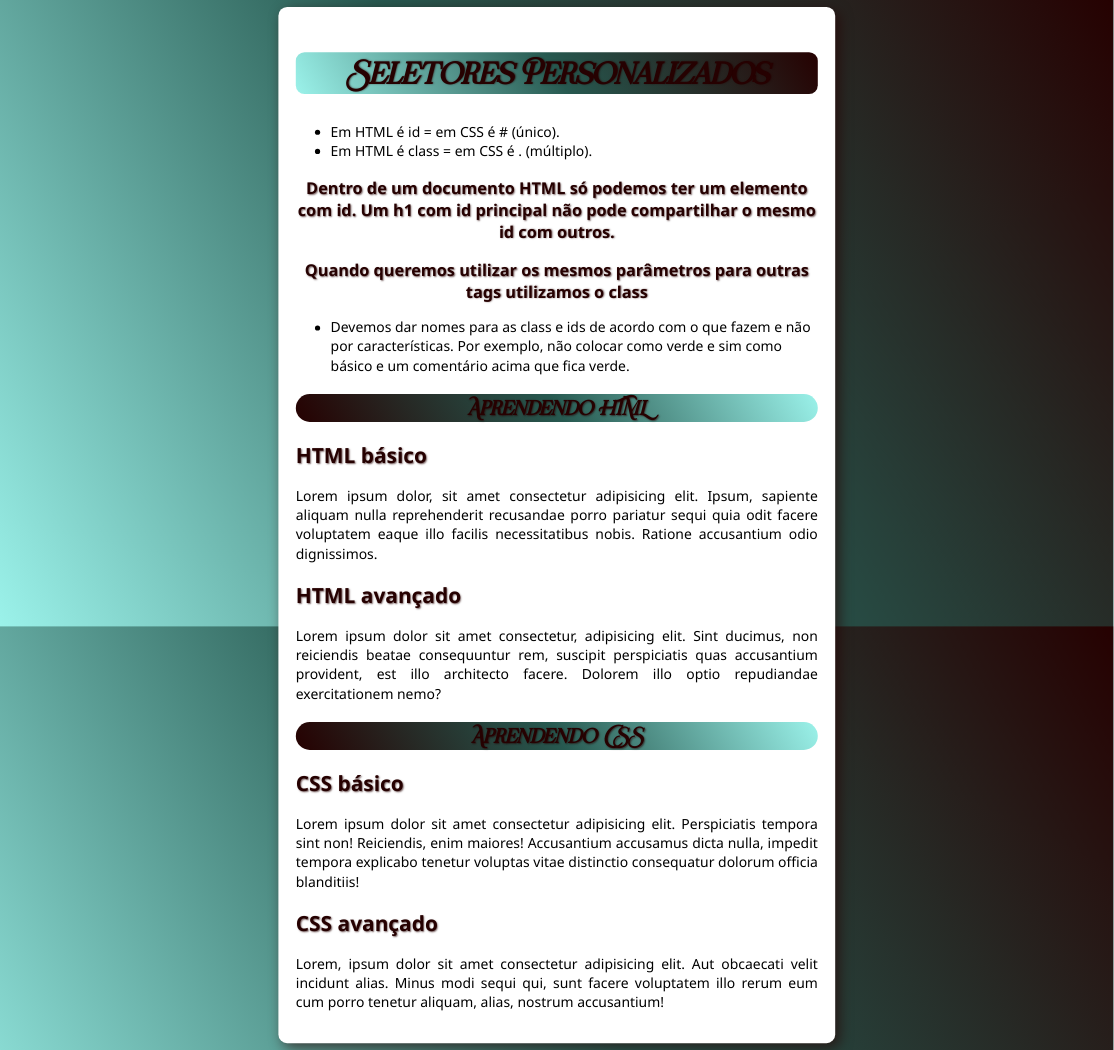
Repository: Willcmorais/vscode-workspace
Page: html-css/curso-em-video/modulo02/estudos/ex024-seletores-personaliz/index.html
The author's editor kept a copy of each file at every save. The page is drawn from the files as they stood at one save, then again after a run of saves.
The browser window is 1280 px wide. The pictures show the whole page, at 87% of full size.
Backgrounds fixed to the window are drawn as part of the page.

Above is the page before, as saved 2024-09-23 10:09:16.

### html-css/curso-em-video/modulo02/estudos/ex024-seletores-personaliz/index.html
<!DOCTYPE html>
<html lang="pt-br">

<head>
    <meta charset="UTF-8">
    <meta name="viewport" content="width=device-width, initial-scale=1.0">
    <title>Usando o id com CSS</title>
    <link rel="stylesheet" href="style.css">
    <style>
        @font-face {
            font-family: 'Rusilla';
            src: url('fonts/Rusillaserif-Regular.ttf') format('opentype');
            font-weight: normal;
            font-style: normal;
        }
    </style>
</head>

<body>
    <main>
        <h1 id="principal">Seletores Personalizados</h1>
        <ul>
            <li>Em HTML é id = em CSS é # (único).</li>
            <li>Em HTML é class = em CSS é . (múltiplo).</li>
        </ul>
        <h3>Dentro de um documento HTML só podemos ter um elemento com id. Um h1 com id principal não pode compartilhar
            o mesmo id com outros.</h3>
        <h3>Quando queremos utilizar os mesmos parâmetros para outras tags utilizamos o class</h3>
        <ul>
            <li>Devemos dar nomes para as class e ids de acordo com o que fazem e não por características. Por exemplo,
                não
                colocar como verde e sim como básico e um comentário acima que fica verde.</li>
        </ul>
        <h1 class="basico">Aprendendo HTML</h1>
        <h2>HTML básico</h2>
        <p>Lorem ipsum dolor, sit amet consectetur adipisicing elit. Ipsum, sapiente aliquam nulla reprehenderit
            recusandae porro pariatur sequi quia odit facere voluptatem eaque illo facilis necessitatibus nobis. Ratione
            accusantium odio dignissimos.</p>
        <h2>HTML avançado</h2>
        <p>Lorem ipsum dolor sit amet consectetur, adipisicing elit. Sint ducimus, non reiciendis beatae consequuntur
            rem, suscipit perspiciatis quas accusantium provident, est illo architecto facere. Dolorem illo optio
            repudiandae exercitationem nemo?</p>
        <h1 class="basico">Aprendendo CSS</h1>
        <h2>CSS básico</h2>
        <p>Lorem ipsum dolor sit amet consectetur adipisicing elit. Perspiciatis tempora sint non! Reiciendis, enim
            maiores! Accusantium accusamus dicta nulla, impedit tempora explicabo tenetur voluptas vitae distinctio
            consequatur dolorum officia blanditiis!</p>
        <h2>CSS avançado</h2>
        <p>Lorem, ipsum dolor sit amet consectetur adipisicing elit. Aut obcaecati velit incidunt alias. Minus modi
            sequi qui, sunt facere voluptatem illo rerum eum cum porro tenetur aliquam, alias, nostrum accusantium!</p>

    </main>

</body>

</html>

### html-css/curso-em-video/modulo02/estudos/ex024-seletores-personaliz/style.css
@charset "utf8";

* {
    /*safe combination, ele usa a primeira letra q achar*/
    font-family: 'Segoe UI', Tahoma, Geneva, Verdana, sans-serif;
}

body {
    background-image: linear-gradient(-120deg, #260101, #275950, #9BF2EA);
    background-attachment: fixed;
}

img {
    /* As imagens são inline por padrão, então precisamos torná-las block */
    display: block;
    /* Centraliza horizontalmente */
    margin: 0 auto;
}

main {
    background-color: white;
    /*arredonda as bordas*/
    border-radius: 10px;
    /*1 parametro é o lado da sombra, 2 é para baixo, 3 é o quanto espalha e 4 o quanto de transparência tem(ou cor)*/
    box-shadow: 5px 5px 15px rgba(38, 1, 1, 0.619);
    /*largura do recorte*/
    width: 600px;
    /*distancia das bordas com o conteúdo*/
    padding: 20px;
    /*altera automaticamente a margem para o centro da tela*/
    margin: auto;
}

h1#principal {
    font: italic bolder 3em 'Rusilla';
    text-align: center;
    color: #260101;
    background-image: linear-gradient(-120deg, #260101, #275950, #9BF2EA);
    border-radius: 10px;
    /*mesmos parametros para o box-shadow*/
    text-shadow: 1px 1px 2px rgba(38, 1, 1, 0.615);
}

.basico {
    font: italic bold 2em 'Rusilla';
    text-align: center;
    color: #260101;
    background-image: linear-gradient(-120deg, #9BF2EA, #275950, #260101);
    border-radius: 30px;
    /*mesmos parametros para o box-shadow*/
    text-shadow: 1px 1px 2px rgba(38, 1, 1, 0.615);
}

h1 {
    text-align: center;
    color: #260101;
    /*mesmos parametros para o box-shadow*/
    text-shadow: 1px 1px 2px rgba(38, 1, 1, 0.615);
}

h2 {
    color: #260101;
    text-shadow: 1px 1px 2px rgba(38, 1, 1, 0.615);
}

h3 {
    text-align: center;
    color: #260101;
    text-shadow: 1px 1px 2px rgba(38, 1, 1, 0.615);
}

p {
    text-align: justify;
}

After the next 4 saves:
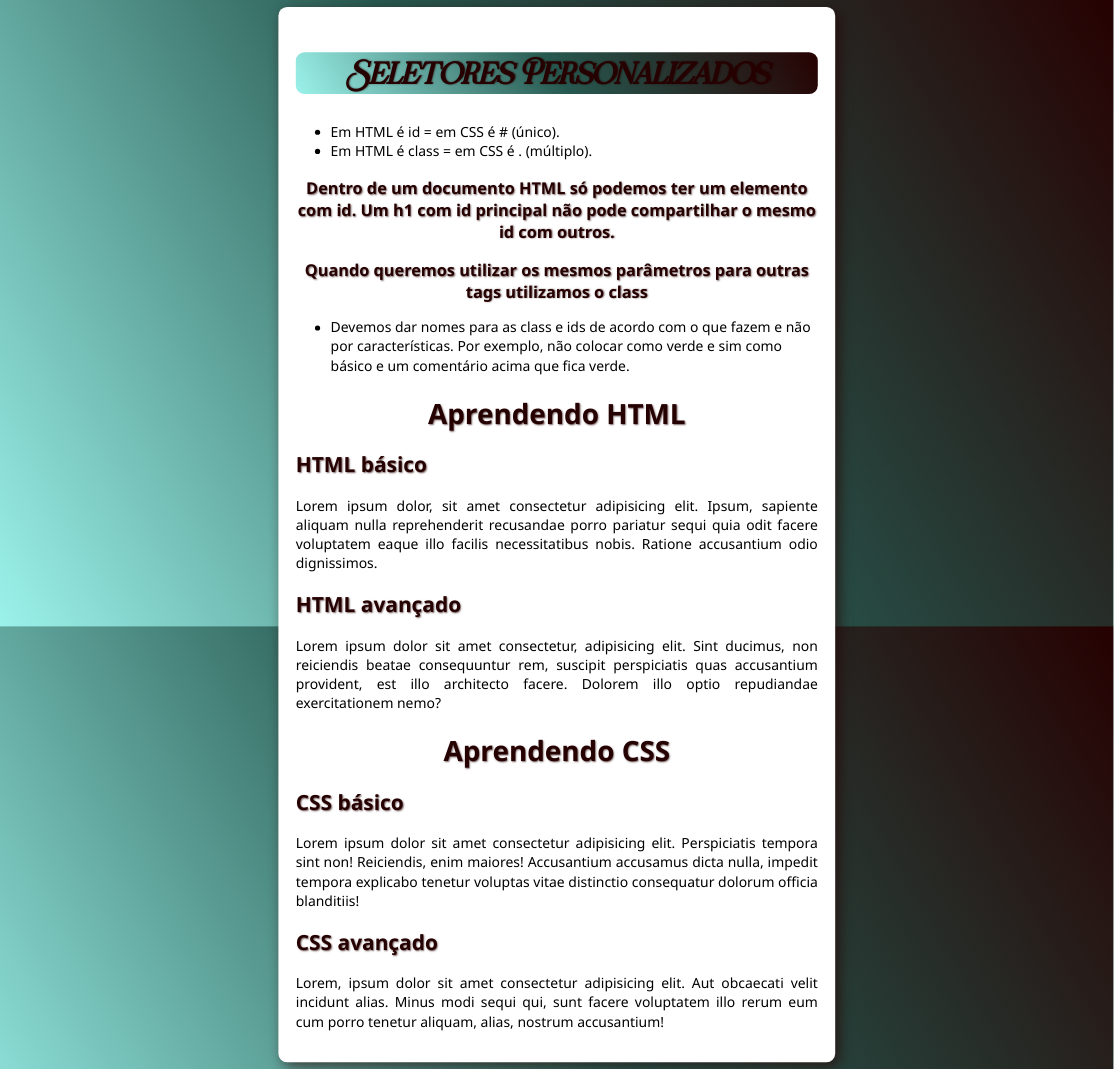
The 4 saves are shown as one change because they came seconds apart.
The last was saved 43 s later.
--- a/html-css/curso-em-video/modulo02/estudos/ex024-seletores-personaliz/style.css
+++ b/html-css/curso-em-video/modulo02/estudos/ex024-seletores-personaliz/style.css
@@ -41,7 +41,7 @@ h1#principal {
     text-shadow: 1px 1px 2px rgba(38, 1, 1, 0.615);
 }
 
-.basico {
+.principal {
     font: italic bold 2em 'Rusilla';
     text-align: center;
     color: #260101;

After the 6 saves that followed:
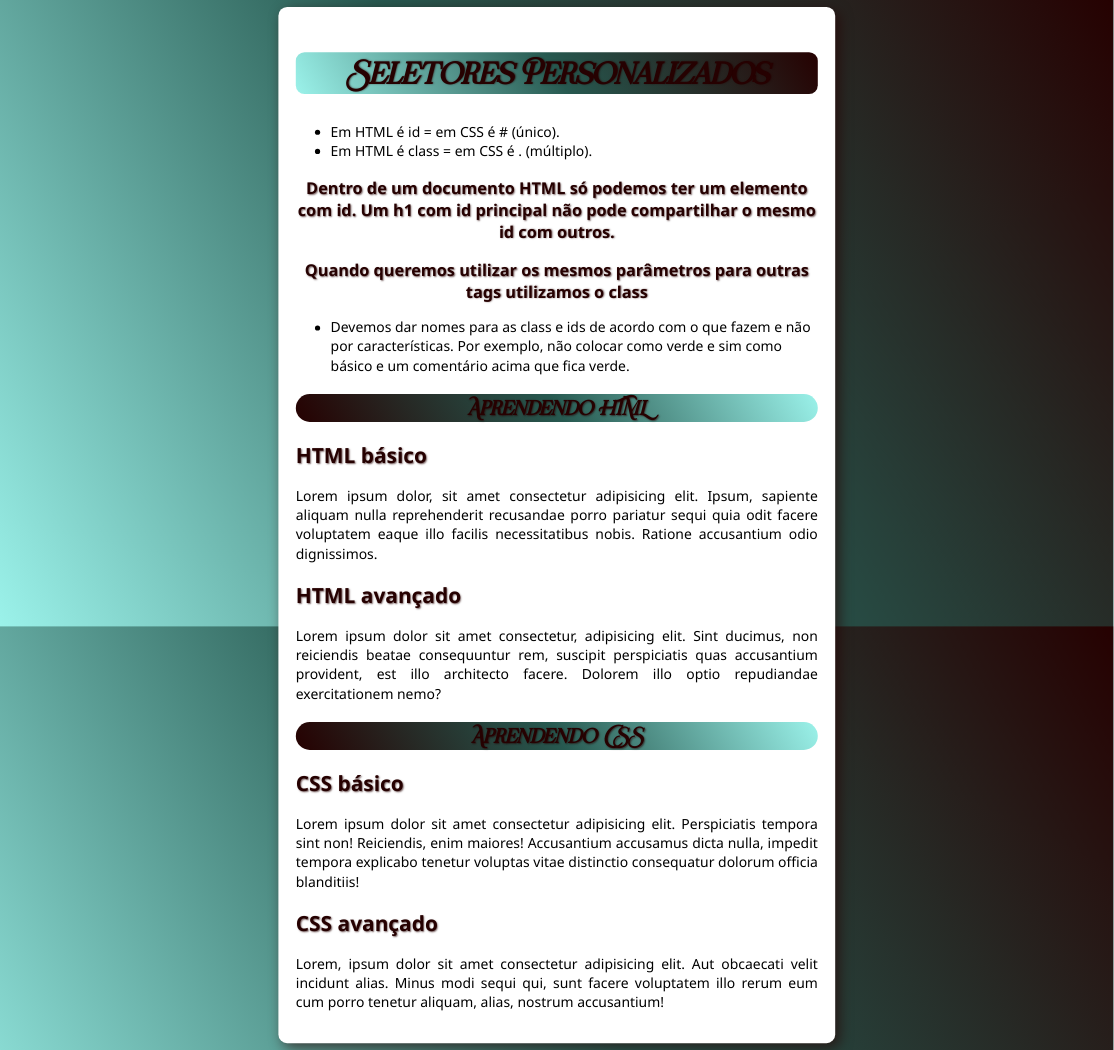
The 6 saves are shown as one change because they came seconds apart.
The last was saved 14 s later.
--- a/html-css/curso-em-video/modulo02/estudos/ex024-seletores-personaliz/index.html
+++ b/html-css/curso-em-video/modulo02/estudos/ex024-seletores-personaliz/index.html
@@ -31,7 +31,7 @@
                 não
                 colocar como verde e sim como básico e um comentário acima que fica verde.</li>
         </ul>
-        <h1 class="basico">Aprendendo HTML</h1>
+        <h1 class="principal">Aprendendo HTML</h1>
         <h2>HTML básico</h2>
         <p>Lorem ipsum dolor, sit amet consectetur adipisicing elit. Ipsum, sapiente aliquam nulla reprehenderit
             recusandae porro pariatur sequi quia odit facere voluptatem eaque illo facilis necessitatibus nobis. Ratione
@@ -40,7 +40,7 @@
         <p>Lorem ipsum dolor sit amet consectetur, adipisicing elit. Sint ducimus, non reiciendis beatae consequuntur
             rem, suscipit perspiciatis quas accusantium provident, est illo architecto facere. Dolorem illo optio
             repudiandae exercitationem nemo?</p>
-        <h1 class="basico">Aprendendo CSS</h1>
+        <h1 class="principal">Aprendendo CSS</h1>
         <h2>CSS básico</h2>
         <p>Lorem ipsum dolor sit amet consectetur adipisicing elit. Perspiciatis tempora sint non! Reiciendis, enim
             maiores! Accusantium accusamus dicta nulla, impedit tempora explicabo tenetur voluptas vitae distinctio
